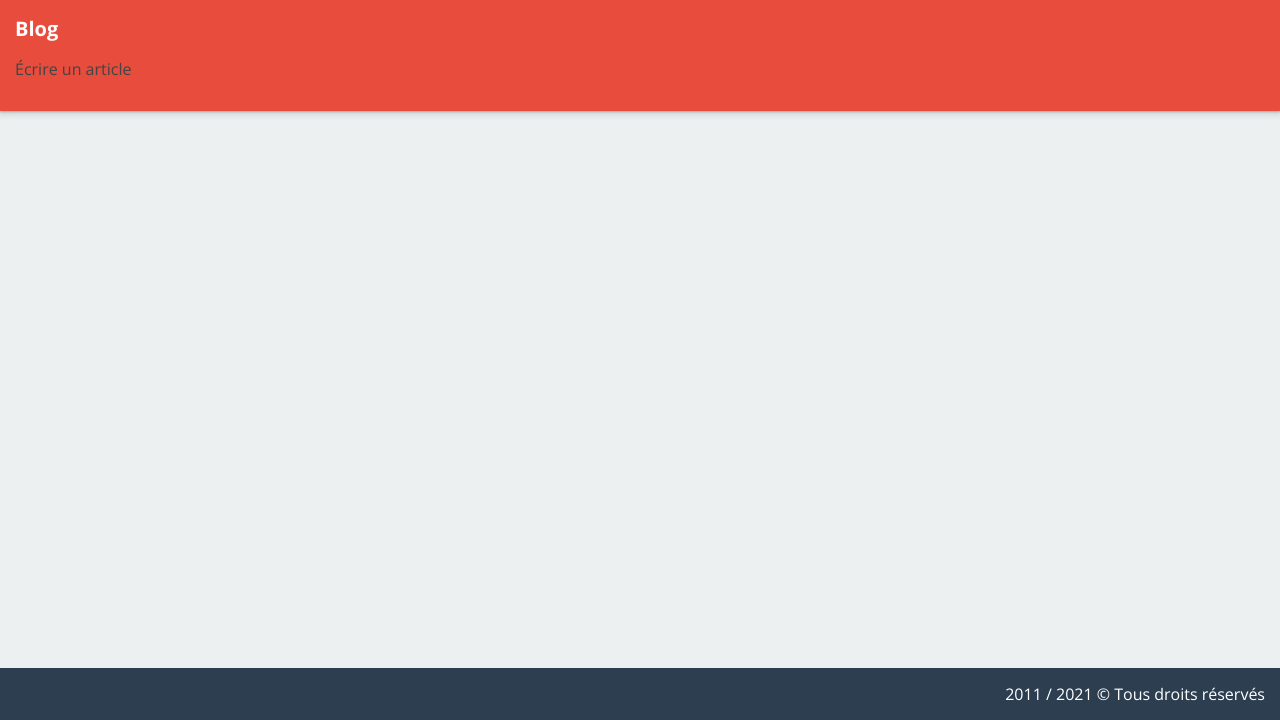
Repository: Yannis699/Projet_blog
Page: http://localhost/add-article.php
These files come from the project's save history. The page is drawn as it stood at one moment and after a run of saves; the edit follows.
The browser window is 1280 px wide. The pictures show the whole page.
The page is run by PHP 8.4 with error messages shown; the project is at /var/www/html/.

Above is the page before, as saved 2022-05-19 21:12:44.

After the next 4 saves:
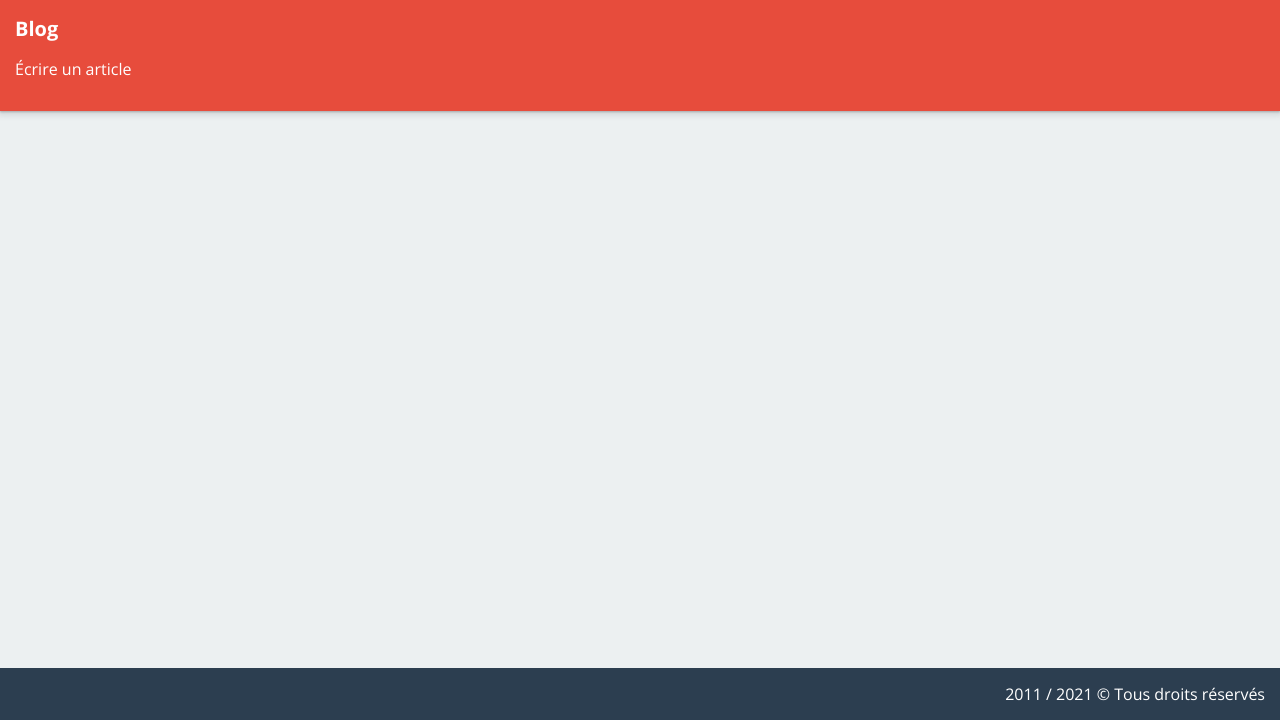
The 4 saves are shown as one change because they came seconds apart.
The last was saved 27 s later.
--- a/blog/public/css/style.css
+++ b/blog/public/css/style.css
@@ -105,6 +105,7 @@ header {
   background-color: var(--primary);
   padding: 1.5rem;
   box-shadow: var(--box-shadow);
+  color: var(--text-color-light);
 }
 
 .logo {
